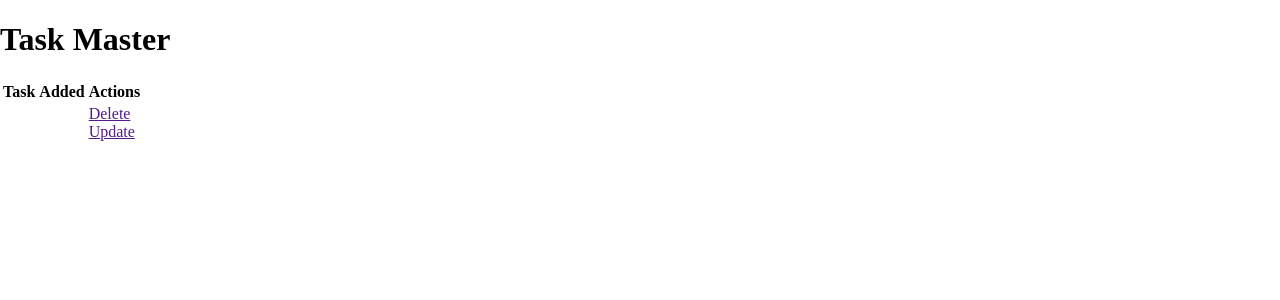
Repository: wrzonki/flask-web-template-db
Page: http://localhost/
The author's editor kept a copy of each file at every save. The page is drawn from the files as they stood at one save, then again after the next save.
The browser window is 1280 px wide. The pictures show the whole page.
The page is served by the project's application, run on Flask 3 (app.py).

Above is the page before, as saved 2019-11-24 01:53:30.

### templates/index.html
{% extends 'base.html'%}

{% block head%}

{% endblock%}

{% block body%}
<div class="content">
    <h1>
        Task Master
    </h1>

    <table>
        <tr>
            <th>Task</th>
            <th>Added</th>
            <th>Actions</th>
        </tr>
        <tr>
            <td></td>
            <td></td>
            <td>
                <a href="">Delete</a>
                <br/>
                <a href="">Update</a>
            </td>
        </tr>
    </table>
</div>
{% endblock%}

### templates/base.html
<!DOCTYPE html>
<html lang="en">
<head>
    <meta charset="UTF-8">
    <meta name="viewport" content="width=device-width, initial-scale=1.0">
    <meta http-equiv="X-UA-Compatible" content="ie=edge">
    <link rel="stylesheet" href="{{ url_for('static', filename='css/main.css') }}"/>
    {% block head%}{% endblock%}
</head>
<body>
    {% block body%}{% endblock%}
</body>
</html>

### app.py
from flask import Flask, render_template, url_for
from flask_sqlalchemy import SQLAlchemy
from datetime import datetime

app = Flask(__name__)
app.config['SQLALCHEMY_DATABASE_URI'] = 'sqlite:///test.db'
db = SQLAlchemy(app)

class Todo(db.Model):
    id = db.Column(db.Integer, primary_key=True)
    content = db.Column(db.String(200), nullable=False)
    date_created = db.Column(db.DateTime, default=datetime.utcnow)

    def __repr__(self_):
        return '<Task %r>' % self.id

@app.route('/')
def index():
    return render_template('index.html')

if __name__ == "__main__":
    app.run(debug=True)

Loaded but not shown: static/css/main.css (common file)

After the next save:
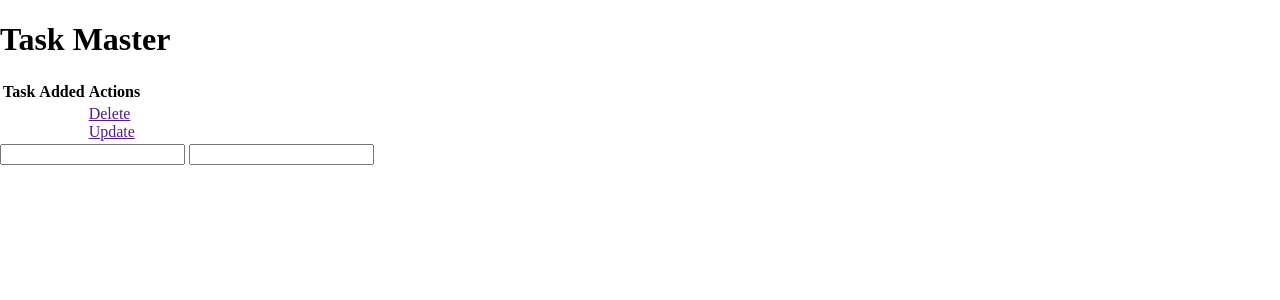
Saved 2 min 47 s later.
--- a/templates/index.html
+++ b/templates/index.html
@@ -26,5 +26,10 @@
             </td>
         </tr>
     </table>
+
+    <form action="/" method="POST">
+        <input type="text" name="content" id="content"/>
+        <input type="text" name="content" id="content"/>
+    </form>
 </div>
 {% endblock%}
